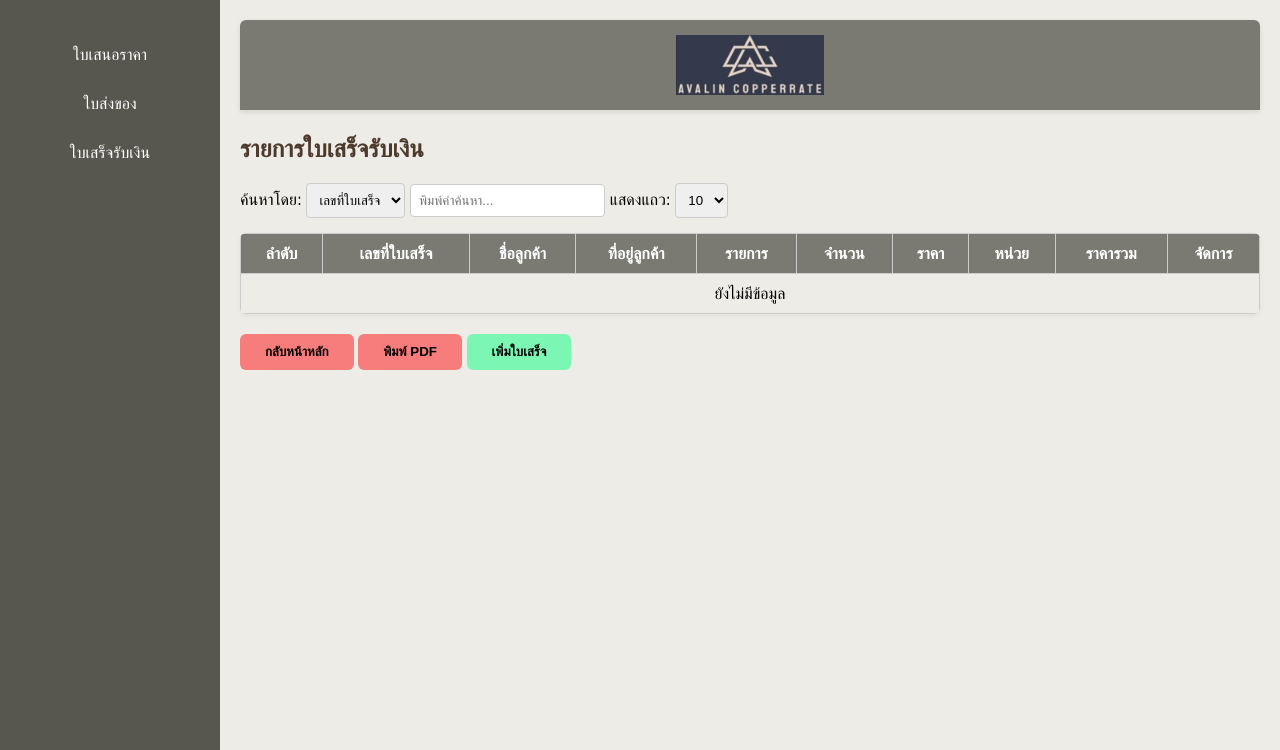
Repository: Hermesmercury88/shop_it
Page: http://localhost/shop/list/all_receipts1.php
These files come from the project's save history. The page is drawn as it stood at one moment and after the next save; the edit follows.
The browser window is 1280 px wide. The pictures show the whole page.
The page is run by PHP 8.4 with error messages shown; the project is at /var/www/html/. Queries for data that is not in the repository find no rows.

Above is the page before, as saved 2025-09-24 23:34:35.

After the next save:
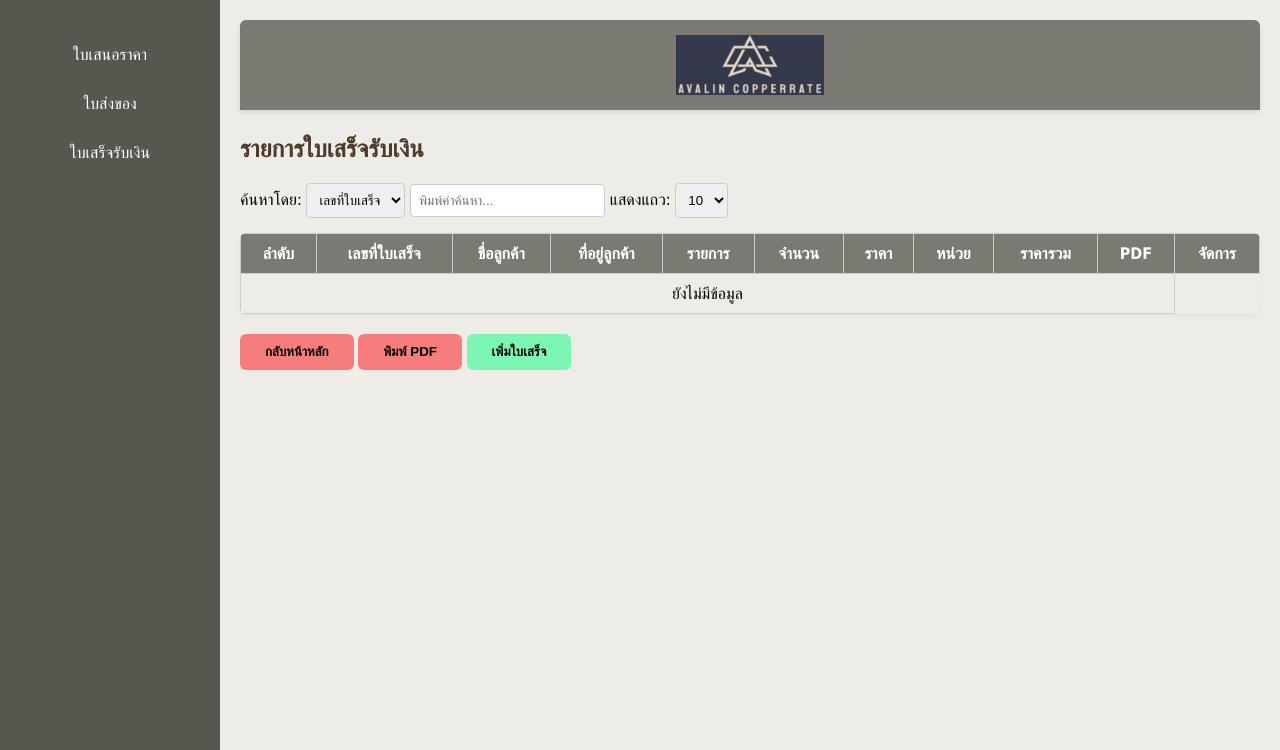
Saved 27 s later.
--- a/list/all_receipts1.php
+++ b/list/all_receipts1.php
@@ -271,6 +271,7 @@ input:focus, select:focus {
                 <th>ราคา</th>
                 <th>หน่วย</th>
                 <th>ราคารวม</th>
+                <th>PDF</th>
                 <th>จัดการ</th>
             </tr>
         </thead>
